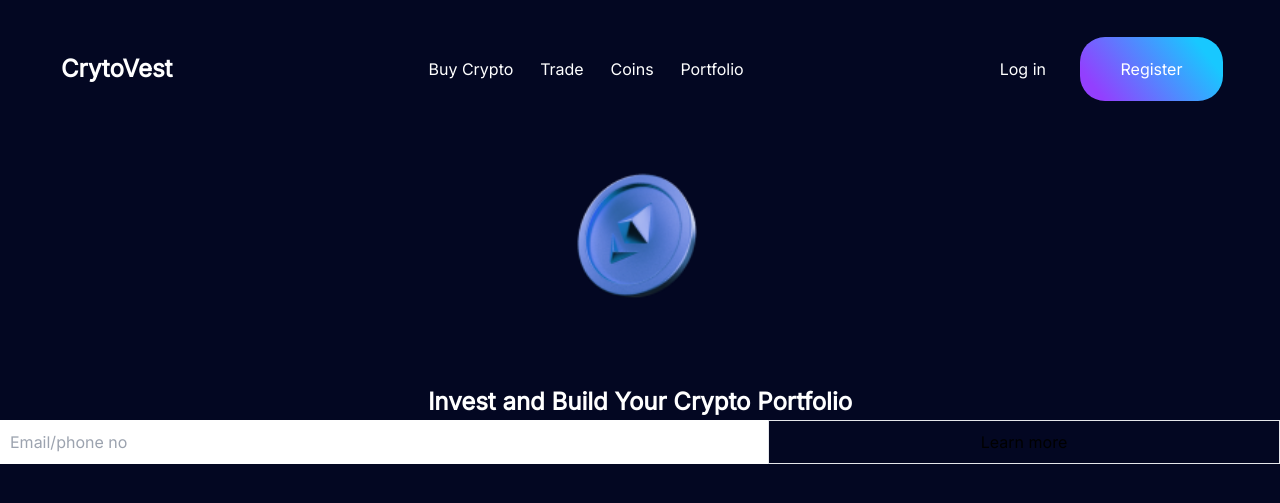
Repository: Eugene44-hub/cryptovest
Page: /
The author's editor kept a copy of each file at every save. The page is drawn from the files as they stood at one save, then again after the next save.
The browser window is 1280 px wide. The pictures show the whole page.
The project was rebuilt for these pictures with package versions that can differ from the ones it lists, and the page was loaded fresh each time. Also part of the build but not shown: vite.config.ts.

Above is the page before, as saved 2022-07-15 17:13:42.

After the next save:
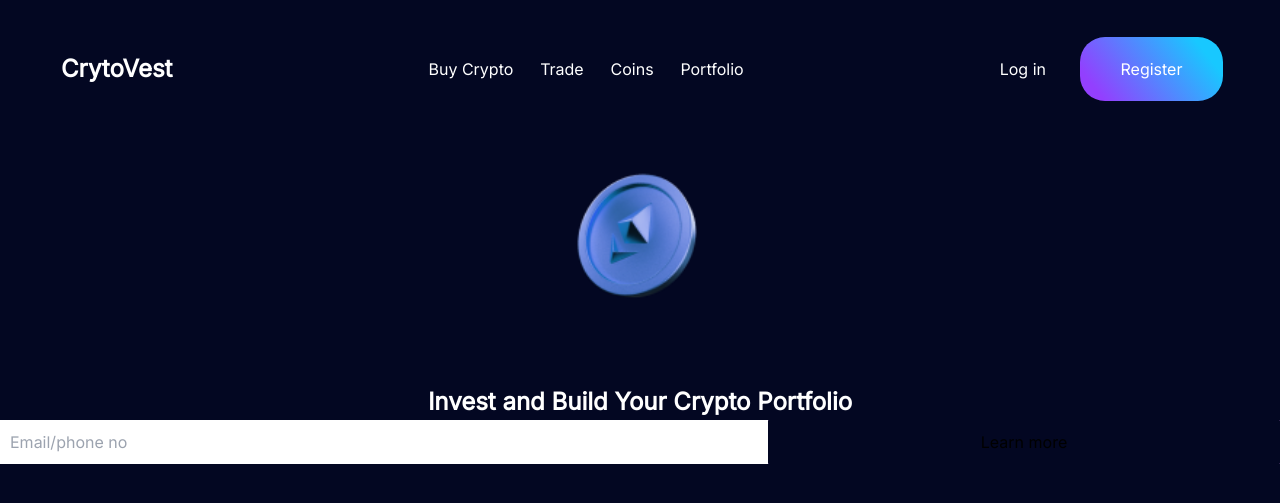
Saved 43 s later.
--- a/src/components/hero/Hero.module.scss
+++ b/src/components/hero/Hero.module.scss
@@ -5,8 +5,8 @@
         font-size: 24px;
     }
     .inputBtn {
-        border-color: $gradient;
         border-width: 1px;
         border-style: solid;
+        border-image: $gradient;
     }
 }
